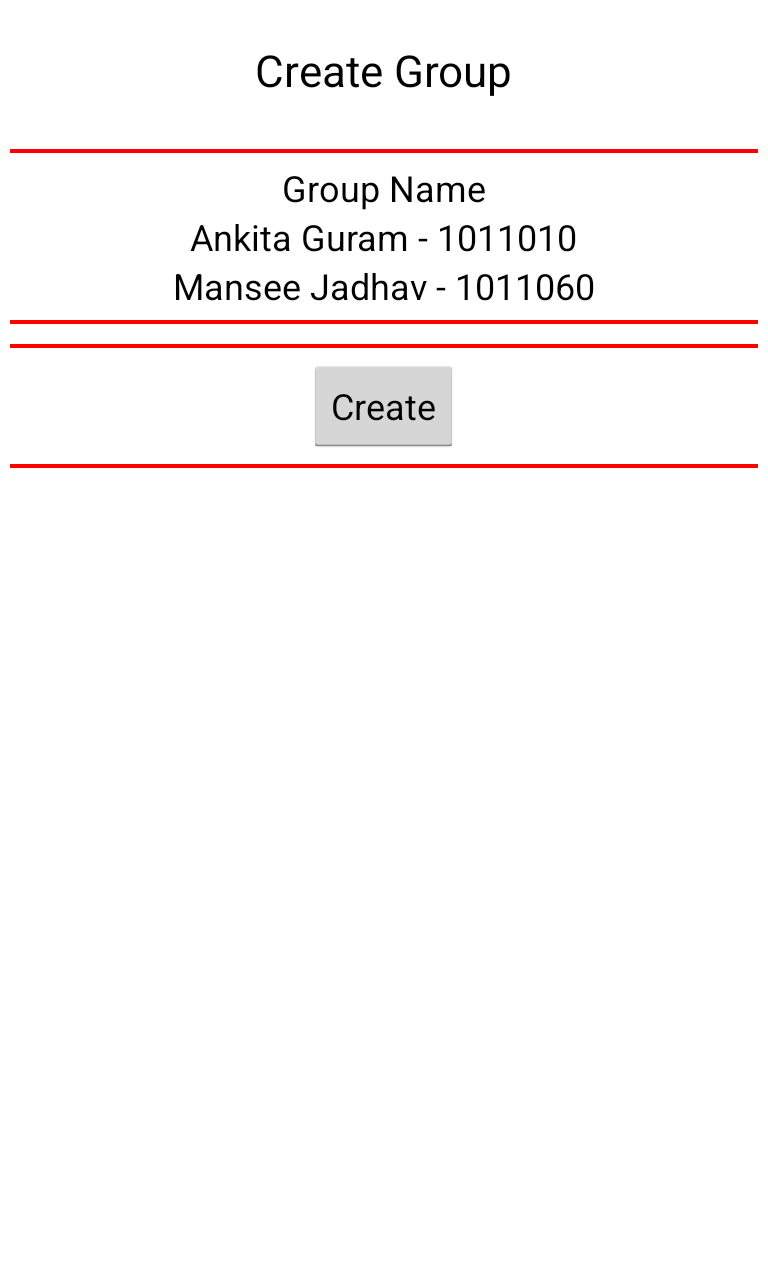
Repository: mansee8/Emergency-Service-Information-Provider
Layout: Emergency Service Information Provider/ESIP/ESIP/res/layout/create_group.xml
These files come from the project's save history. The layout is drawn as it stood at one moment and after the next save; the edit follows.
It is drawn on a 768 x 1280 px phone screen (xhdpi) without system bars, with theme AppTheme; the app's code is not run.

Above is the layout before, as saved 2014-02-27 07:34:30.

### Emergency Service Information Provider/ESIP/ESIP/res/layout/create_group.xml
<?xml version="1.0" encoding="utf-8"?>
<LinearLayout xmlns:android="http://schemas.android.com/apk/res/android"
    android:layout_width="fill_parent"
    android:layout_height="fill_parent"
    android:gravity="center_horizontal"
    android:orientation="vertical" >

    <TextView
        android:layout_width="wrap_content"
        android:layout_height="wrap_content"
        android:layout_margin="20dp"
        android:text="Create Group"
        android:textAppearance="?android:attr/textAppearanceLarge" />

    <View
        android:layout_width="fill_parent"
        android:layout_height="2dp"
        android:layout_margin="5dp"
        android:background="#ff0000" />

    <TextView
        android:layout_width="wrap_content"
        android:layout_height="wrap_content"
        android:text="Group Name"
        android:textAppearance="?android:attr/textAppearanceMedium" />

    <TextView
        android:id="@+id/textView5"
        android:layout_width="wrap_content"
        android:layout_height="wrap_content"
        android:text="Ankita Guram - 1011010"
        android:textAppearance="?android:attr/textAppearanceMedium" />

    <TextView
        android:id="@+id/textView6"
        android:layout_width="wrap_content"
        android:layout_height="wrap_content"
        android:text="Mansee Jadhav - 1011060"
        android:textAppearance="?android:attr/textAppearanceMedium" />

    <View
        android:layout_width="fill_parent"
        android:layout_height="2dp"
        android:layout_margin="5dp"
        android:background="#ff0000" />
    <View
        android:layout_width="fill_parent"
        android:layout_height="2dp"
        android:layout_margin="5dp"
        android:background="#ff0000" />

    <Button
        android:id="@+id/btnCreate"
        android:layout_width="wrap_content"
        android:layout_height="wrap_content"
        android:text="Create" />

    <View
        android:layout_width="fill_parent"
        android:layout_height="2dp"
        android:layout_margin="5dp"
        android:background="#ff0000" />

</LinearLayout>

Loaded but not shown: Emergency Service Information Provider/ESIP/ESIP/res/values/styles.xml (common file); Emergency Service Information Provider/ESIP/ESIP/res/values-v11/styles.xml (common file); Emergency Service Information Provider/ESIP/ESIP/res/values-v14/styles.xml (common file)

After the next save:
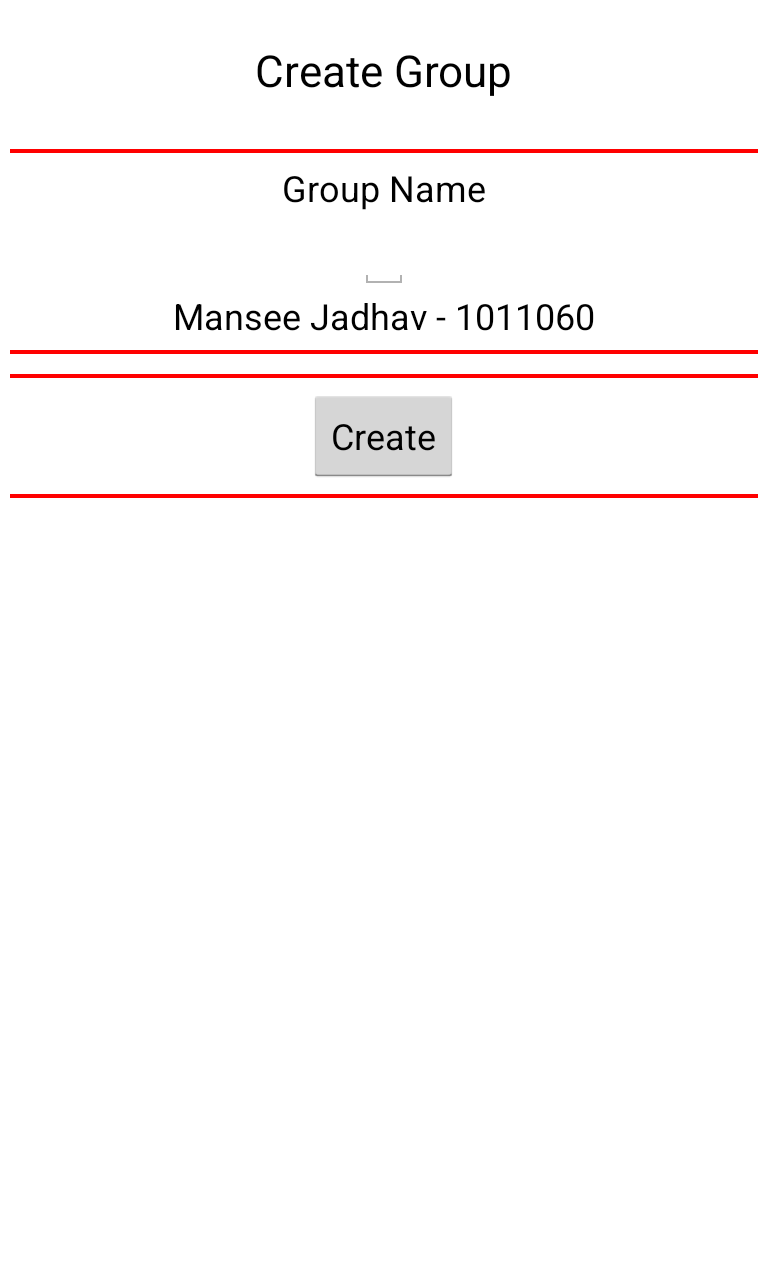
Saved 34 s later.
--- a/Emergency Service Information Provider/ESIP/ESIP/res/layout/create_group.xml
+++ b/Emergency Service Information Provider/ESIP/ESIP/res/layout/create_group.xml
@@ -24,12 +24,10 @@
         android:text="Group Name"
         android:textAppearance="?android:attr/textAppearanceMedium" />
 
-    <TextView
-        android:id="@+id/textView5"
+    <EditText
+        android:id="@+id/GroupNameView"
         android:layout_width="wrap_content"
-        android:layout_height="wrap_content"
-        android:text="Ankita Guram - 1011010"
-        android:textAppearance="?android:attr/textAppearanceMedium" />
+        android:layout_height="wrap_content" />
 
     <TextView
         android:id="@+id/textView6"
